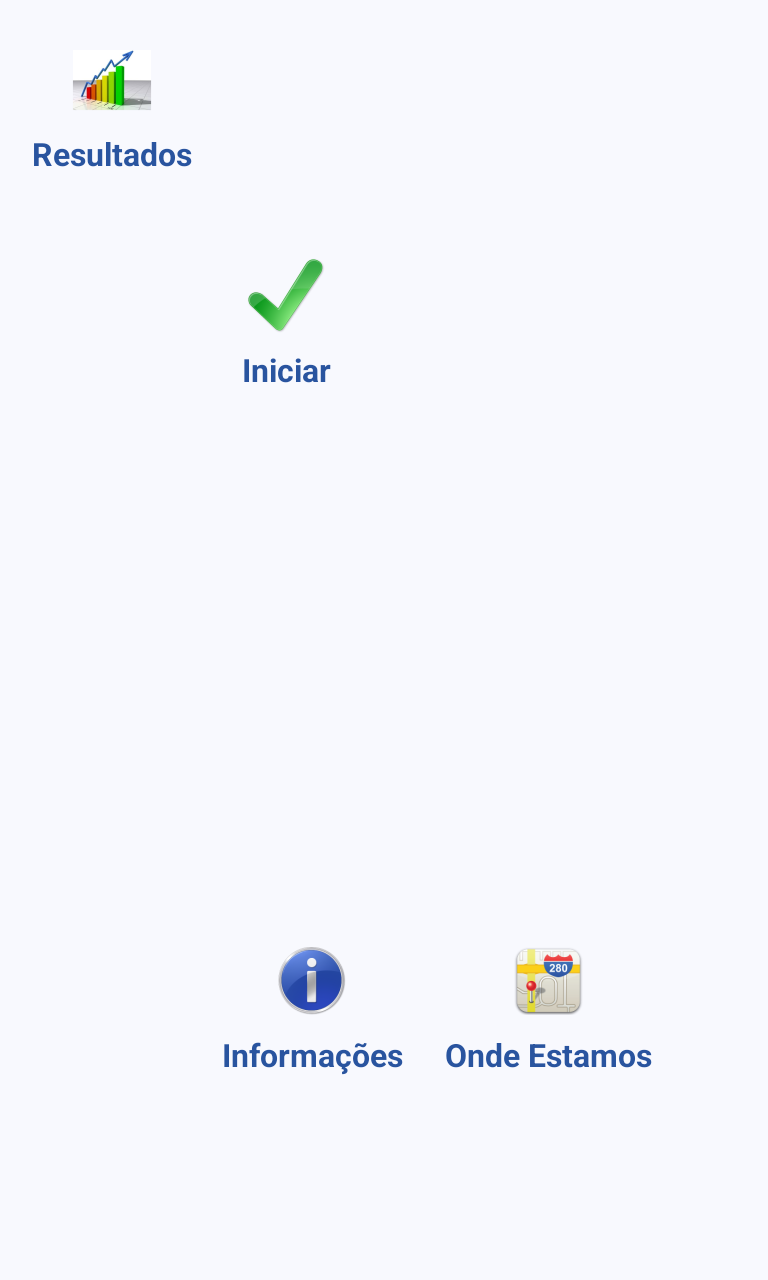
Repository: lmqs/ProjetoAndroid
Layout: TopicosProjeto/res/layout/activity_questoes.xml
These files come from the project's save history. The layout is drawn as it stood at one moment and after the next save; the edit follows.
It is drawn on a 768 x 1280 px phone screen (xhdpi) without system bars, with theme AppTheme; the app's code is not run.

Above is the layout before, as saved 2014-04-27 15:10:40.

### TopicosProjeto/res/layout/activity_questoes.xml
<RelativeLayout xmlns:android="http://schemas.android.com/apk/res/android"
    xmlns:tools="http://schemas.android.com/tools"
    android:layout_width="match_parent"
    android:layout_height="match_parent"
    android:background="#f8f9fe"
    android:paddingBottom="@dimen/activity_vertical_margin"
    android:paddingLeft="@dimen/activity_horizontal_margin"
    android:paddingRight="@dimen/activity_horizontal_margin"
    android:paddingTop="@dimen/activity_vertical_margin"
    tools:context=".Questoes" >

    <Button
        android:id="@+id/button1"
        style="@style/DashboardButton"
        android:layout_width="wrap_content"
        android:layout_height="wrap_content"
        android:layout_alignParentBottom="true"
        android:layout_alignParentRight="true"
        android:layout_marginBottom="86dp"
        android:layout_marginRight="42dp"
        android:background="@android:color/transparent"
        android:drawableTop="@drawable/maps"
        android:text="Onde Estamos" />

    <Button
        android:id="@+id/button2"
        style="@style/DashboardButton"
        android:layout_width="wrap_content"
        android:layout_height="wrap_content"
        android:layout_alignBaseline="@+id/button1"
        android:layout_alignBottom="@+id/button1"
        android:layout_marginRight="21dp"
        android:layout_toLeftOf="@+id/button1"
        android:background="@android:color/transparent"
        android:drawableTop="@drawable/info"
        android:text="Informações" />

    <Button
        android:id="@+id/button3"
        style="@style/DashboardButton"
        android:layout_width="wrap_content"
        android:layout_height="wrap_content"
        android:layout_alignLeft="@+id/button2"
        android:layout_alignParentTop="true"
        android:layout_marginTop="108dp"
        android:background="@android:color/transparent"
        android:drawableTop="@drawable/iniciar"
        android:text="Iniciar" />

    <Button
        android:id="@+id/button4"
        style="@style/DashboardButton"
        android:layout_width="wrap_content"
        android:layout_height="wrap_content"
        android:layout_alignLeft="@+id/imageButton1"
        android:layout_below="@+id/imageButton1"
        android:background="@android:color/transparent"
        android:drawableTop="@drawable/resultados"
        android:text="Resultados" />

</RelativeLayout>

### TopicosProjeto/res/values/styles.xml
<resources>

    <!--
        Base application theme, dependent on API level. This theme is replaced
        by AppBaseTheme from res/values-vXX/styles.xml on newer devices.
    -->
    <style name="AppBaseTheme" parent="android:Theme.Light">
        <!--
            Theme customizations available in newer API levels can go in
            res/values-vXX/styles.xml, while customizations related to
            backward-compatibility can go here.
        -->
    </style>

    <!-- Application theme. -->
    <style name="AppTheme" parent="AppBaseTheme">
        <!-- All customizations that are NOT specific to a particular API-level can go here. -->
    </style>

    <style name="DashboardButton">
        <item name="android:layout_gravity">center_vertical</item>
        <item name="android:layout_width">wrap_content</item>
        <item name="android:layout_height">wrap_content</item>
        <item name="android:gravity">center_horizontal</item>
        <item name="android:drawablePadding">2dp</item>
        <item name="android:textSize">16dp</item>
        <item name="android:textStyle">bold</item>
        <item name="android:textColor">#ff29549f</item>
        <item name="android:background">@null</item>
    </style>



</resources>

Loaded but not shown: TopicosProjeto/res/values-v11/styles.xml (common file); TopicosProjeto/res/values-v14/styles.xml (common file); TopicosProjeto/res/values/dimens.xml (common file)

After the next save:
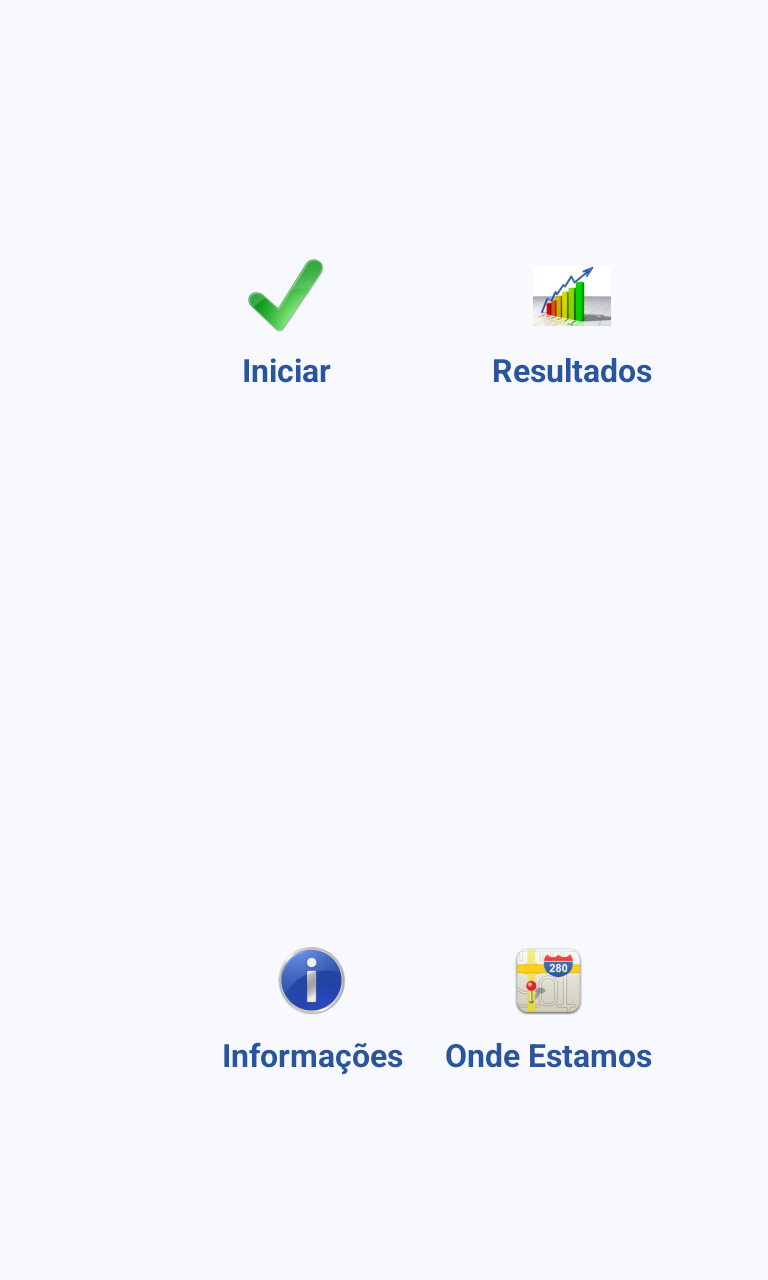
Saved 16 s later.
--- a/TopicosProjeto/res/layout/activity_questoes.xml
+++ b/TopicosProjeto/res/layout/activity_questoes.xml
@@ -52,8 +52,9 @@
         style="@style/DashboardButton"
         android:layout_width="wrap_content"
         android:layout_height="wrap_content"
-        android:layout_alignLeft="@+id/imageButton1"
-        android:layout_below="@+id/imageButton1"
+        android:layout_alignBaseline="@+id/button3"
+        android:layout_alignBottom="@+id/button3"
+        android:layout_alignRight="@+id/button1"
         android:background="@android:color/transparent"
         android:drawableTop="@drawable/resultados"
         android:text="Resultados" />
